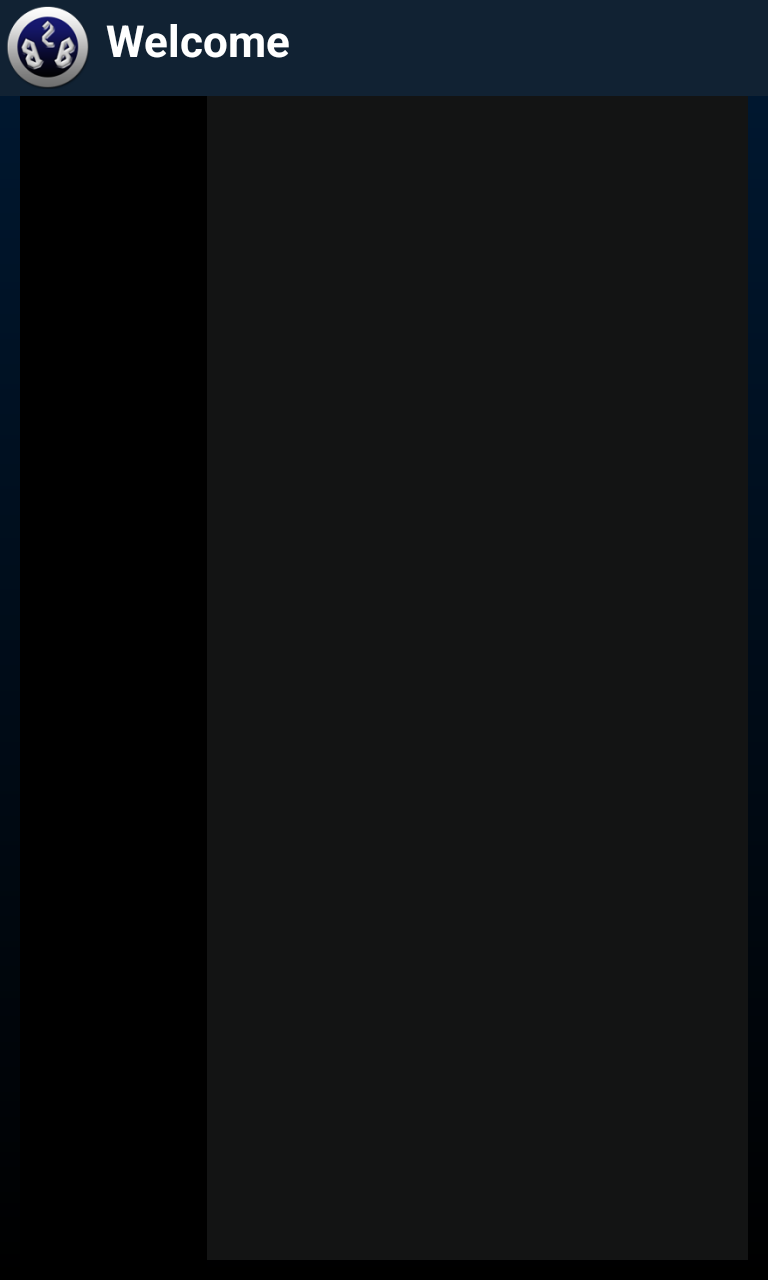
Repository: jasleen1291/B2BMobileApplication
Layout: Mobile E Commerce/B2B/res/layout/activity_retailer_area.xml
An editor plug-in stored every save of this project. The layout is shown before and after the next save, followed by the edit.
It is drawn on a 768 x 1280 px phone screen (xhdpi) without system bars, with theme mycustomtheme; the app's code is not run. Lists and similar views that code fills are empty.

Above is the layout before, as saved 2013-05-28 07:17:19.

### Mobile E Commerce/B2B/res/layout/activity_retailer_area.xml
<LinearLayout xmlns:android="http://schemas.android.com/apk/res/android"
    xmlns:tools="http://schemas.android.com/tools"
    android:layout_width="match_parent"
    android:layout_height="match_parent"
    android:baselineAligned="false"
    android:orientation="vertical"
    >

    <LinearLayout
        android:layout_width="match_parent"
        android:layout_height="wrap_content"
        android:background="#123" >

        <ImageView
            android:layout_width="wrap_content"
            android:layout_height="wrap_content"
            android:contentDescription="@string/app_name"
            android:src="@drawable/ic_launcher" />

        <TextView
            android:layout_width="match_parent"
            android:layout_height="wrap_content"
            android:padding="5dp"
            android:text="@string/welcome"
            android:textAppearance="?android:attr/textAppearanceLarge"
            android:textColor="#FFF"
            android:textStyle="bold" />
    </LinearLayout>

    <LinearLayout
        android:layout_width="fill_parent"
        android:layout_height="match_parent"
        android:baselineAligned="false"
        android:paddingLeft="10dp"
         >

        <ExpandableListView
            android:id="@+id/adminTask"
            android:layout_width="0px"
            android:layout_height="match_parent"
            android:layout_weight="1"
            android:groupIndicator="@android:color/transparent"

            android:background="#000" />

        <LinearLayout
            android:id="@+id/myfragment"
            android:layout_width="0px"
            android:layout_height="match_parent"

            android:layout_weight="3" />
    </LinearLayout>

</LinearLayout>

### Mobile E Commerce/B2B/res/values/mycustomtheme.xml
<?xml version="1.0" encoding="utf-8"?>
<resources xmlns:android="http://schemas.android.com/apk/res/android">
    <style name="mycustomtheme" parent="@android:style/Theme.NoTitleBar.Fullscreen">
        <item name="android:windowBackground">@drawable/mybg</item>
       	<item name="android:textColor">#0066cc</item>
       	<item name="android:textColorHint">#51BFE2</item>
    </style>

</resources>

### Mobile E Commerce/B2B/res/drawable/mybg.xml
<?xml version="1.0" encoding="utf-8"?>
<layer-list  xmlns:android="http://schemas.android.com/apk/res/android">
    <item>
<shape android:shape="rectangle">



        <gradient android:startColor="#001933"  android:endColor="#000" android:angle="270"/>


</shape>
</item>
<item android:left="10dp" android:top="10dp" android:right="10dp" android:bottom="10dp">

<shape android:shape="rectangle">



        <solid android:color="#131414"></solid>


</shape>
</item>
</layer-list>

### Mobile E Commerce/B2B/res/values/strings.xml
<?xml version="1.0" encoding="utf-8"?>
<resources>

    <string name="app_name">B2B</string>
    <string name="action_settings">Settings</string>
    <string name="hello_world">Hello world!</string>
    <string name="Loading">Loading&#8230;&#8230;&#8230;</string>
    <string name="title_activity_sign_up">Sign Up</string>

    <string-array name="signUpAsArray">
        <item>Customer</item>
        <item>Retailer</item>
        <item>Supplier</item>
    </string-array>

    <string name="title_activity_registeration">RegisterationActivity</string>
    <string name="title_activity_customer_area">CustomerArea</string>
    <string name="welcome">Welcome</string>
    <string name="title_activity_admin_area">Admin_area</string>
    <string name="general_complaint_fragment">General Complaint</string>
    <string name="hello_blank_fragment">Hello blank fragment</string>
    <string name="general_complaint">General Complaint</string>
    <string name="respond">Respond</string>
    <string name="submit">Submit</string>
    <string name="addcategory">Parent Category</string>
    <string name="categoryhint">Category</string>
    <string name="AddParentCategory">Add super category</string>
    <string name="complaintAbout">Complaint About</string>
    <string name="complainFrom">Complaint From</string>
    <string name="itemComplaint">Complaints about Items</string>
    <string name="shopComplaint">Complaint about shop</string>
    <string name="generalNotification">General Notification</string>
    <string name="urgentNotification">Urgent Notification</string>
    <string name="title">Title</string>
    <string name="message">Message</string>
    <string name="markAll">Mark all</string>
    <string name="advertisementPricing">Advertisement Pricing</string>
    <string name="desc">Description</string>
    <string name="days">No of days</string>
    <string name="cost">Cost</string>
    <string name="size">Size of advertisement</string>
    <string name="type">Type</string>
    <string name="fine">Fine</string>
    <string name="pickCategory">Pick a Category</string>

    <string-array name="typeArray">
        <item>Retailer</item>
        <item>Supplier</item>
    </string-array>

    <string name="update">Update</string>
    <string name="delete">Delete</string>
    <string name="view_advertisement">View Advertisements</string>
    <string name="noofcategories">No of Categories</string>
    <string name="shoppricing">Shop Pricing</string>
    <string name="view_fine_pricing">View Fine Pricing</string>
    <string name="shop_pricing">Shop Pricing</string>
    <string name="subCategory">Add Sub Category</string>
    <string name="addshop">Add Shop</string>
    <string name="title_activity_pay_fine">Pay Fine</string>
    <string name="finetitle">Your account has been suspended by the admin. Pay fine to continue using this applciation.</string>
    <string name="fineabc">Your payment has been received. Your account will now be restored. Please wait few minutes</string>
    <string name="title_activity_retailer_area">Retailer_area</string>
    <string name="title_activity_first_time_login">FirstTimeLogin</string>
    <string name="EditMyCategories">Edit My Categories</string>
    <string name="addnewitem">Add New Item</string>
    <string name="itemname">Item Name</string>
    <string name="longdescription">Long Description</string>
    <string name="qtyperunit">Qty Per unit</string>
    <string name="unit_of_measurement">Unit of Measurement</string>
    <string name="shopName">Shop Name</string>
    <string name="description">Description</string>
    <string name="categoriesAllowed">No of categories allowed</string>
    <string name="itemsSelling">No of Items Selling</string>
    <string name="itemsAvailable">No of Items not Selling</string>
    <string name="expirydate">Expiry Date</string>
    <string name="paymentEmail">Payment Email</string>
    <string name="selectcategory">Select a Category</string>
    <string name="clicktochange">Click On Image To Change It</string>
    <string name="cp">C.P.</string>
    <string name="sp">S.P.</string>
    <string name="minorder">Min order</string>
    <string name="discount">Discount</string>
    <string name="qtyonorder">Qty. On Order</string>
    <string name="qtyonhand">Qty. On Hand</string>
    <string name="qty">Qty.</string>
    <string name="viewdetails">View Details</string>
    <string name="note">Long Click on Image to view expanded image</string>
    <string name="chngImg">Change Image</string>
    <string name="addWarehouse">Add Warehouse</string>
    <string name="name">Name</string>
    <string name="cancel">Cancel</string>
    <string name="itemavailabilty">Item Availabilty</string>
    <string name="batchDiscounts">Batch Discounts</string>
    <string name="clicktoupdate">Click to Update</string>
    <string name="add">Add</string>
    <string name="place_order">Place Order</string>
    <string name="Method">Method</string>
    <string name="warehouse">Warehouse</string>
    <string-array name="ordervia">
        <item >Email</item>
        <item >Phone</item>
    </string-array>
        <string name="total">Total</string>
        <string name="zero">0</string>
        <string name="totalitems">Total No of Items</string>
        <string name="date">Date</string>
        <string name="placed_by">Placed To</string>
        <string name="placed_to">Placed To</string>
        <string name="shipment_address">Shipment Address</string>
        <string name="vieworderlist">View Orders List</string>
        <string name="order_details">Order Details</string>
        <string name="update_status">Update Status</string>
        <string name="categories">Categories</string>
        <string name="plan_details">Plan Details</string>
        <string name="choose_background">Choose background</string>
        <string name="buy_advertisement">Buy Advertisement</string>
        <string name="choose_text_color">Choose text Color</string>
        <string name="view_warehouses">View Warehouse</string>
        <string name="shippingPrice">Shipping Price</string>
        <string name="subscribe_items">Subscribe items</string>
        <string name="file_complaint">File A Complaint</string>
        <string name="complain">Complain</string>
        <string name="visitshop">Visit Shop</string>
        <string name="subscribe">Subscribe</string>

</resources>

After the next save:
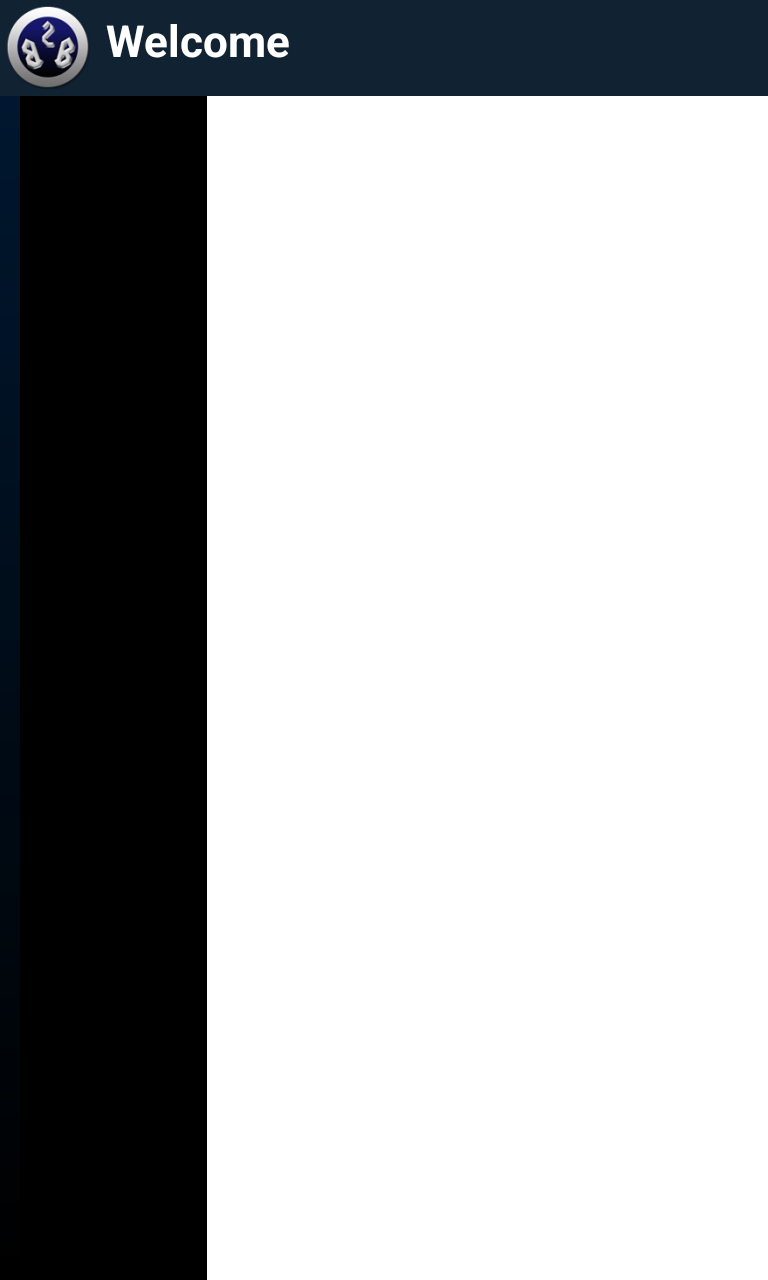
Saved 34 s later.
--- a/Mobile E Commerce/B2B/res/layout/activity_retailer_area.xml
+++ b/Mobile E Commerce/B2B/res/layout/activity_retailer_area.xml
@@ -47,7 +47,7 @@
             android:id="@+id/myfragment"
             android:layout_width="0px"
             android:layout_height="match_parent"
-
+            android:background="#fff"
             android:layout_weight="3" />
     </LinearLayout>
 

After the save that followed:
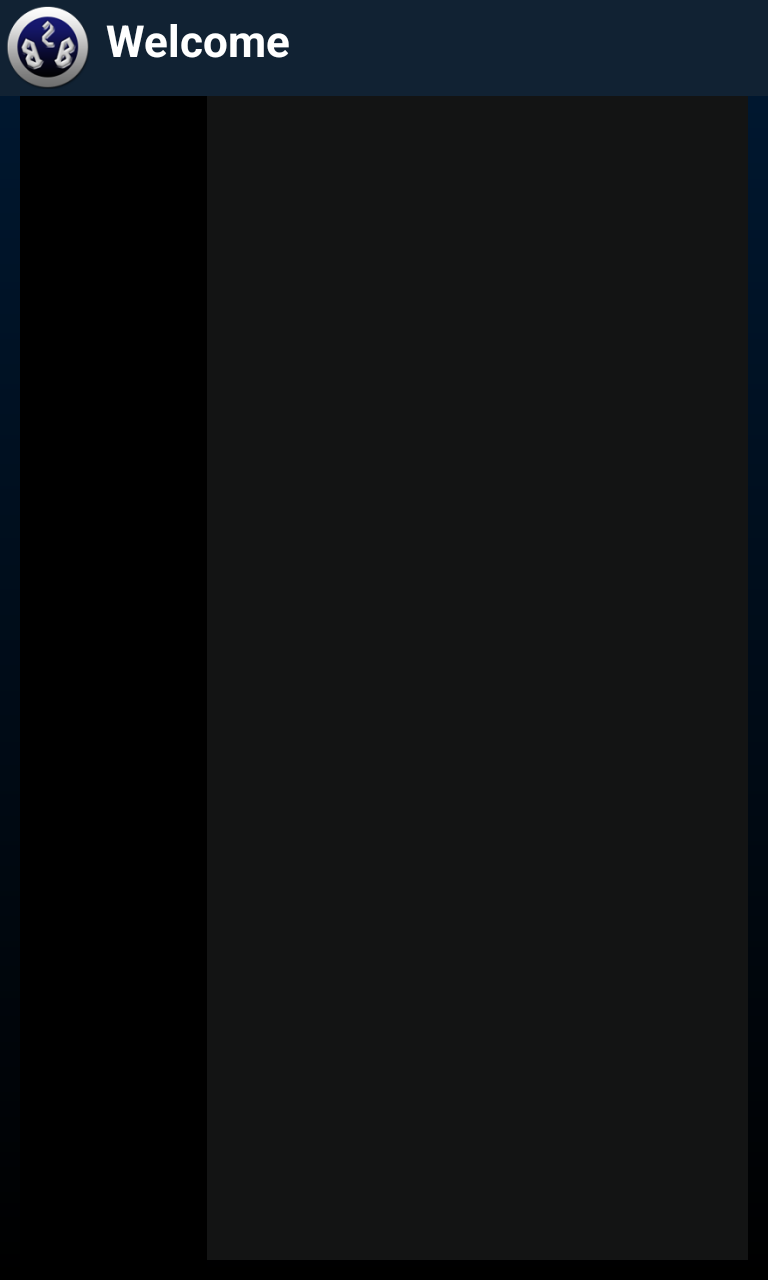
Saved 79 s later.
--- a/Mobile E Commerce/B2B/res/layout/activity_retailer_area.xml
+++ b/Mobile E Commerce/B2B/res/layout/activity_retailer_area.xml
@@ -47,7 +47,7 @@
             android:id="@+id/myfragment"
             android:layout_width="0px"
             android:layout_height="match_parent"
-            android:background="#fff"
+
             android:layout_weight="3" />
     </LinearLayout>
 
